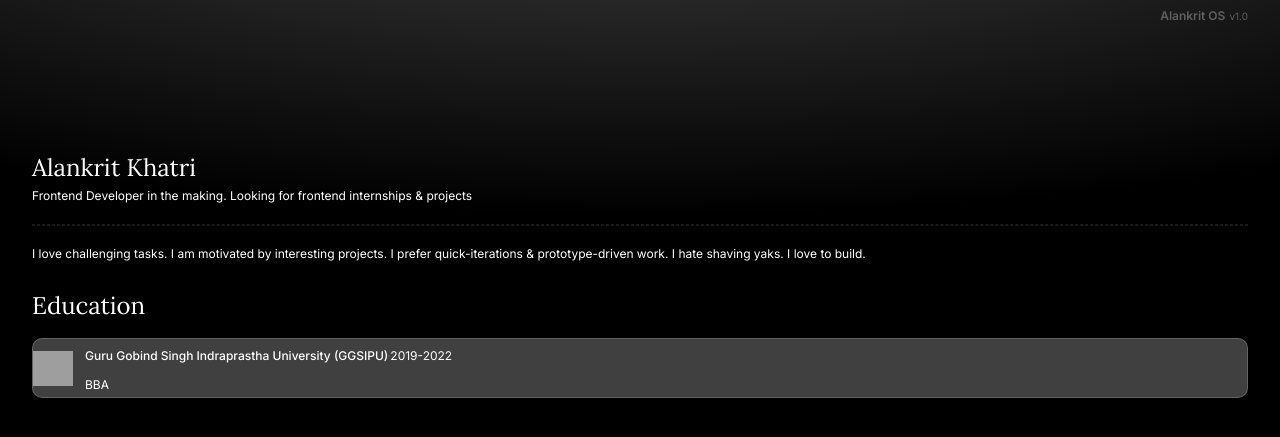
Repository: alankritkhatri/alankrit.xyz
Page: /
An editor plug-in stored every save of this project. The page is shown before and after the next save, followed by the edit.
The browser window is 1280 px wide. The pictures show the whole page.
Pictures or frames that could not be fetched are drawn as grey boxes. The project was rebuilt for these pictures with package versions that can differ from the ones it lists, and the page was loaded fresh each time. Also part of the build but not shown: vite.config.js, src/blog.jsx.

Above is the page before, as saved 2024-07-23 07:23:29.

After the next save:
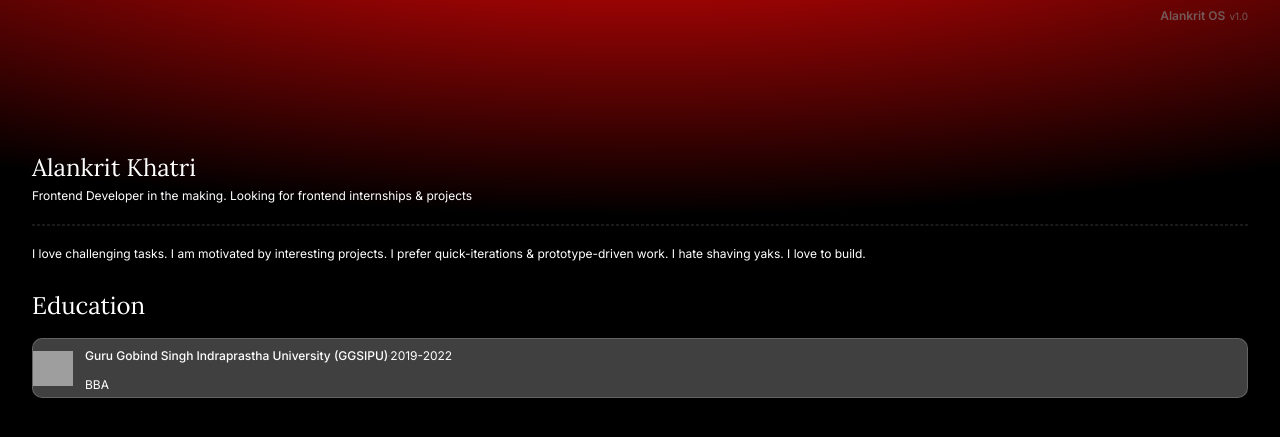
Saved 19 days later.
--- a/src/App.css
+++ b/src/App.css
@@ -20,7 +20,7 @@
   }
   color: white;
   height: 100vh; /*temp*/
-  background: radial-gradient(100% 50% at 50% -20%, #404040, #000000);
+  background: radial-gradient(100% 50% at 50% -20%, #ff0606, #000000);
   padding: 0px 32px;
   a {
     text-decoration: none;
